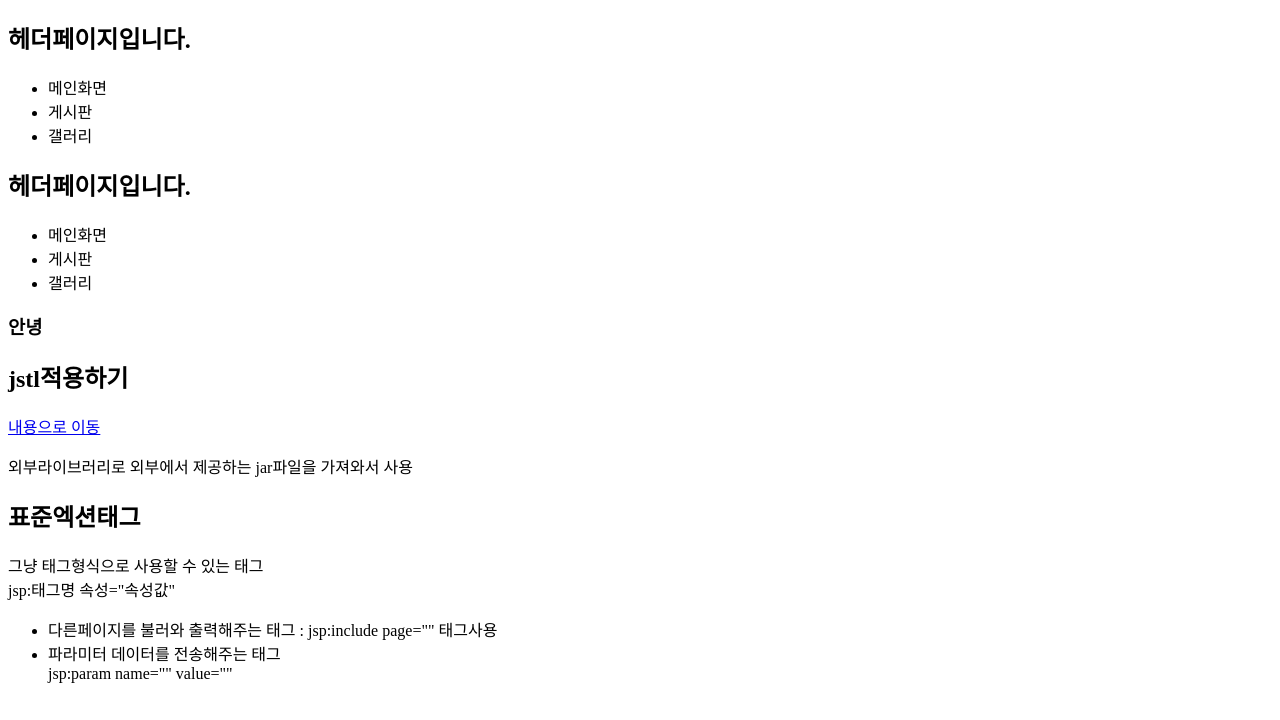
Repository: yongmin0309/mybatis1
Page: http://localhost/eL_JSTL/
These files come from the project's save history. The page is drawn as it stood at one moment and after the next save; the edit follows.
The browser window is 1280 px wide. The pictures show the whole page.
The page is served by Tomcat 9. Other server files are loaded and not shown.

Above is the page before, as saved 2024-04-20 05:29:13.

### work/eL_JSTL/src/main/webapp/index.jsp
<%@ page language="java" contentType="text/html; charset=UTF-8"
    pageEncoding="UTF-8"%>
<!-- 이용할 jstl태그를 선언해야함 -->
<%@ taglib prefix="c" uri="http://java.sun.com/jsp/jstl/core" %>
<%@ taglib prefix="fmt" uri="http://java.sun.com/jsp/jstl/fmt" %>
<%@ include file="/views/common/header.jsp" %>
<jsp:include page="/views/common/header.jsp">
	<jsp:param name="title" value="Main"/>
</jsp:include>

	<h3><%=name %></h3>
	<h2>jstl적용하기</h2>
	<a href="views/content.jsp">내용으로 이동</a>
	<p>외부라이브러리로 외부에서 제공하는 jar파일을 가져와서 사용</p>

	<h2>표준엑션태그</h2>
	<p>
		그냥 태그형식으로 사용할 수 있는 태그<br>
		jsp:태그명 속성="속성값"
	</p>

	<ul>
		<li>
			다른페이지를 불러와 출력해주는 태그 : jsp:include  page="" 태그사용
		</li>
		<li>
			파라미터 데이터를 전송해주는 태그 <br>
			jsp:param name="" value=""
		</li>
	</ul>
</body>
</html>

### work/eL_JSTL/src/main/webapp/views/common/header.jsp
<%@ page language="java" contentType="text/html; charset=UTF-8"
    pageEncoding="UTF-8"%>
<%
	String name="안녕";
%>
<!DOCTYPE html>
<html>
<head>
<meta charset="UTF-8">
<title>근명고등학교</title>
</head>
<body>
	<h2>${title}헤더페이지입니다.</h2>
	<ul>
		<li>메인화면</li>
		<li>게시판</li>
		<li>갤러리</li>
	</ul>

After the next save:
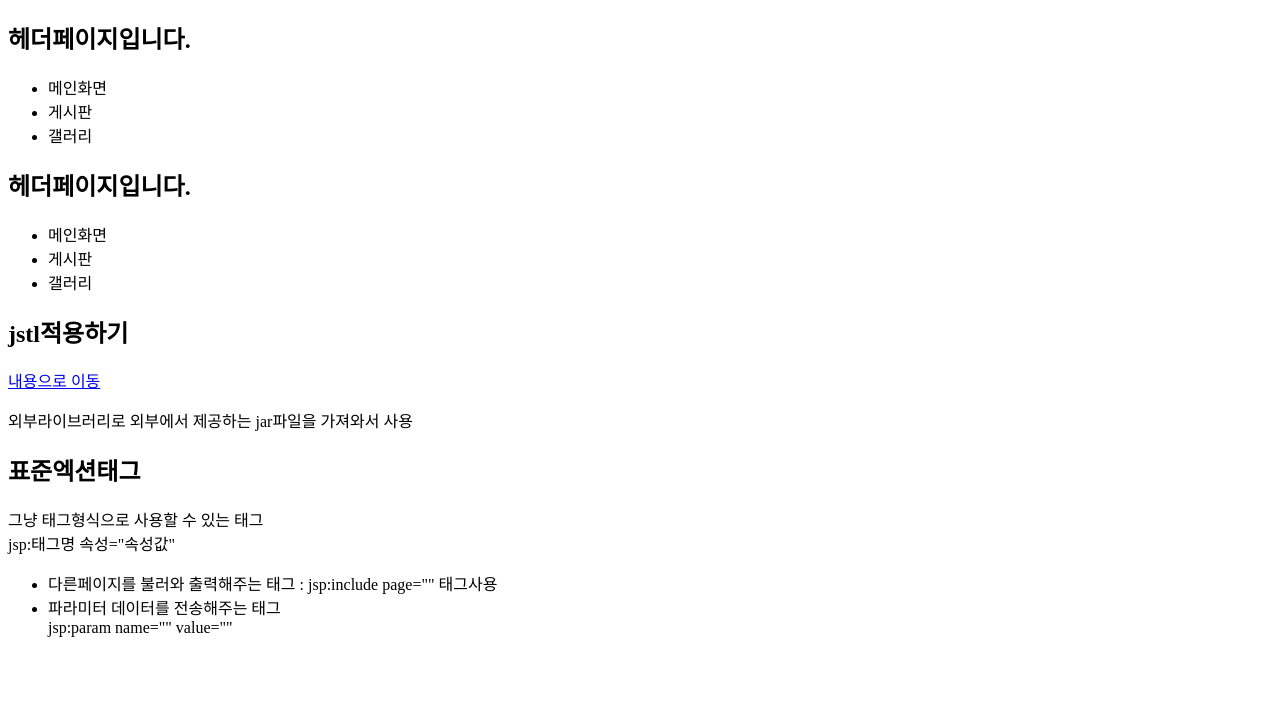
Saved 23 s later.
--- a/work/eL_JSTL/src/main/webapp/index.jsp
+++ b/work/eL_JSTL/src/main/webapp/index.jsp
@@ -8,7 +8,7 @@
 	<jsp:param name="title" value="Main"/>
 </jsp:include>
 
-	<h3><%=name %></h3>
+
 	<h2>jstl적용하기</h2>
 	<a href="views/content.jsp">내용으로 이동</a>
 	<p>외부라이브러리로 외부에서 제공하는 jar파일을 가져와서 사용</p>
